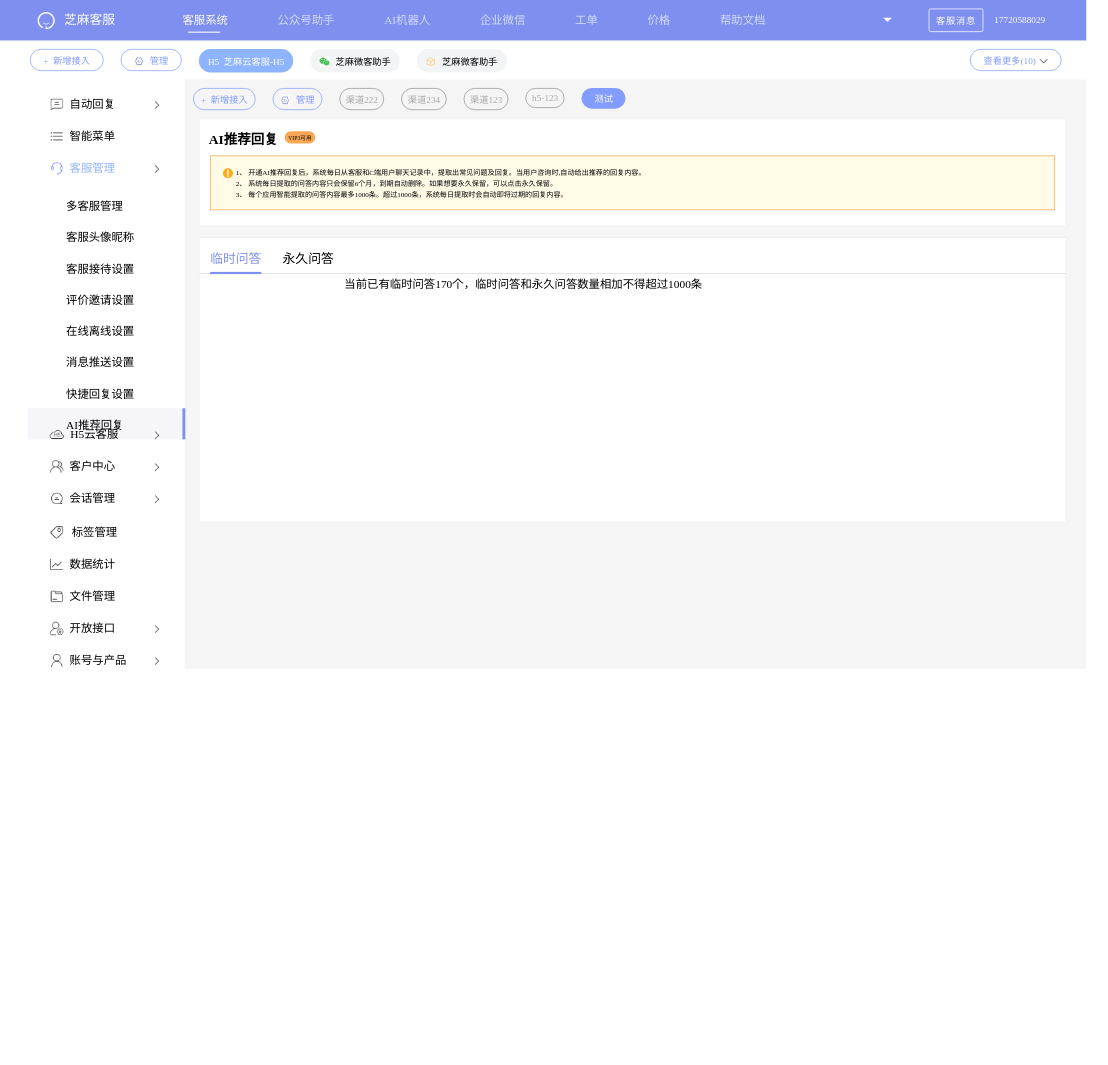
Repository: Privatexiao/projects
Page: Customer service assistant/Untitled-1.html
The author's editor kept a copy of each file at every save. The page is drawn from the files as they stood at one save, then again after the next save.
The browser window is 1280 px wide. The page is 1560 px wide, so the pictures cover 1560 px, including what lies to the right of the window. The pictures show the whole page, at 71% of full size.

Above is the page before, as saved 2021-07-27 16:56:23.

After the next save:
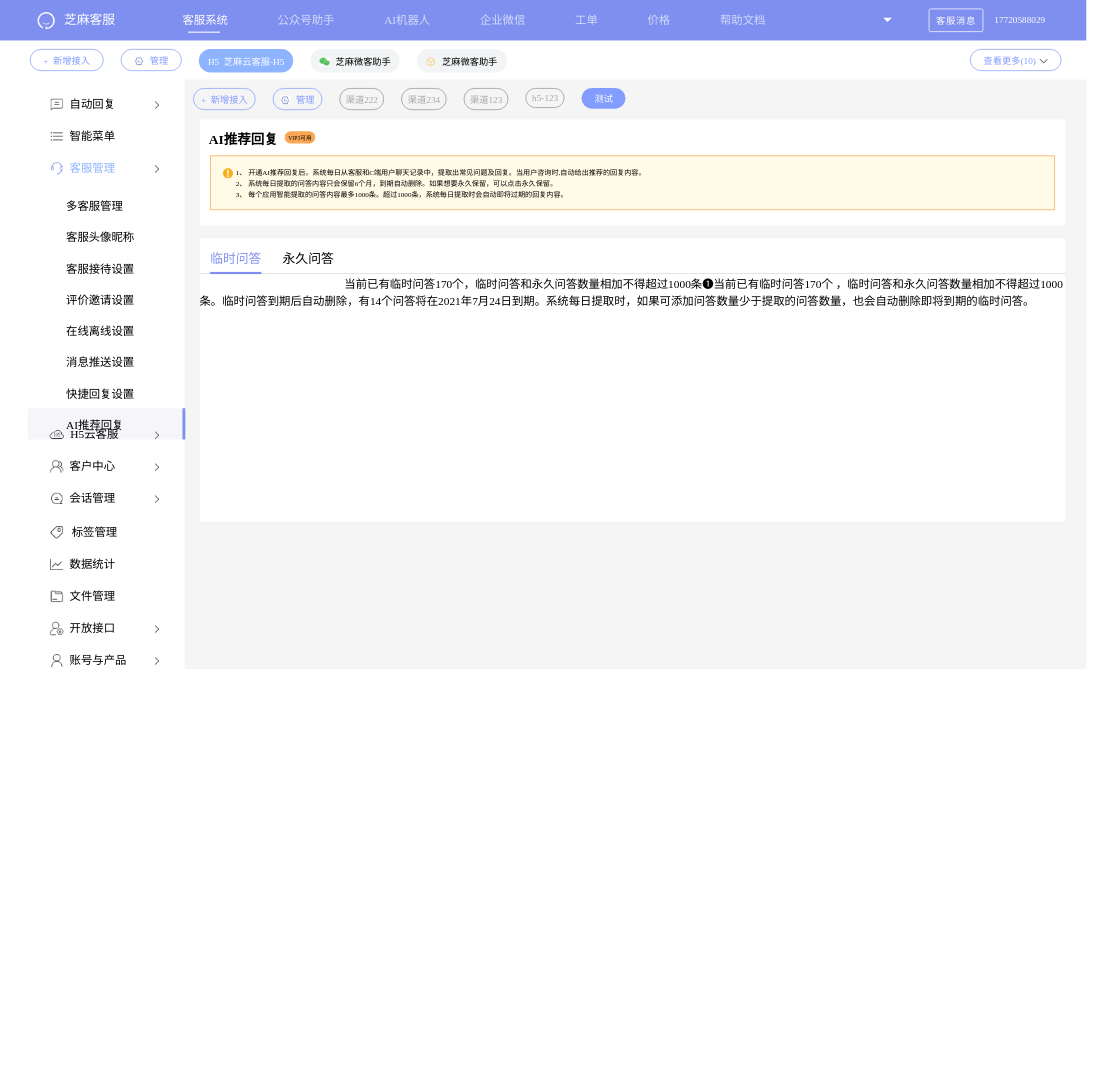
Saved 71 s later.
--- a/Customer service assistant/Untitled-1.html
+++ b/Customer service assistant/Untitled-1.html
@@ -99,7 +99,8 @@
                         <p><a href="javaStript:">临时问答</a></p><span><a href="javaSctipt:">永久问答</a></span>
                     </div>
                     <div class="temporary_warning">
-                        <p>当前已有临时问答<span>170</span>个，临时问答和永久问答数量相加不得超过1000条</p>
+                        <p>当前已有临时问答<span>170</span>个，临时问答和永久问答数量相加不得超过1000条➊当前已有临时问答170个 ，临时问答和永久问答数量相加不得超过1000条。临时问答到期后自动删除，有14个问答将在2021年7月24日到期。系统每日提取时，如果可添加问答数量少于提取的问答数量，也会自动删除即将到期的临时问答。
+                        </p>
                     </div>
                     <!-- <div class="btn">
                         <input type="text" name="" placeholder="请输入问答内容进行搜索">
